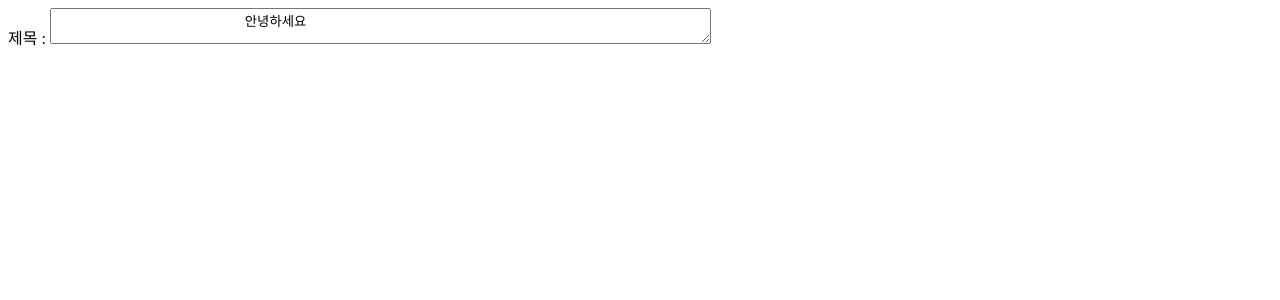
Repository: LeeHyukJe/LHJ
Page: http://localhost/mybbs/mybbs/bbs_action.jsp
An editor plug-in stored every save of this project. The page is shown before and after the next save, followed by the edit.
The browser window is 1280 px wide. The pictures show the whole page.
The page is served by Tomcat 9. Other server files are loaded and not shown.

Above is the page before, as saved 2017-09-25 02:42:54.

### mybbs/WebContent/mybbs/bbs_action.jsp
<%@ page language="java" contentType="text/html; charset=UTF-8"
    pageEncoding="UTF-8"%>
<!DOCTYPE html PUBLIC "-//W3C//DTD HTML 4.01 Transitional//EN" "http://www.w3.org/TR/html4/loose.dtd">
<html>
<head>
<meta http-equiv="Content-Type" content="text/html; charset=UTF-8">
<title>Insert title here</title>
</head>
<body>
	<form>
		제목 : <textarea row="1" cols="80">
			안녕하세요
		</textarea>

	</form>
</body>
</html>

After the next save:
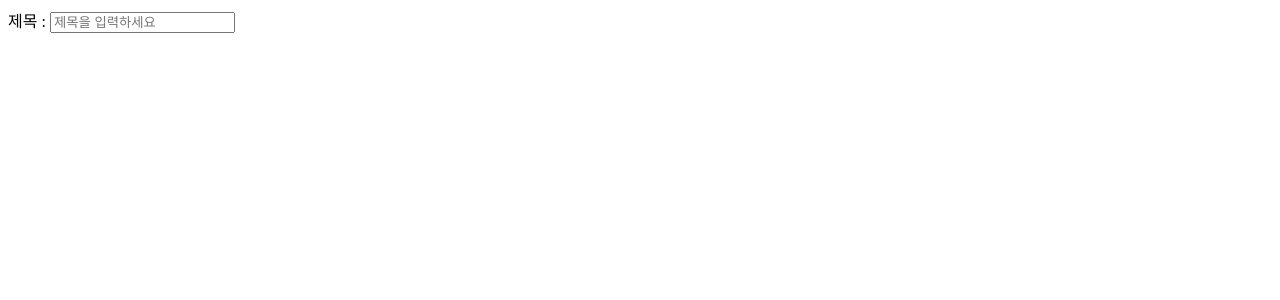
Saved 54 s later.
--- a/mybbs/WebContent/mybbs/bbs_action.jsp
+++ b/mybbs/WebContent/mybbs/bbs_action.jsp
@@ -8,9 +8,7 @@
 </head>
 <body>
 	<form>
-		제목 : <textarea row="1" cols="80">
-			안녕하세요
-		</textarea>
+		제목 : <input type="text" name="title" placeholder="제목을 입력하세요">
 
 	</form>
 </body>
